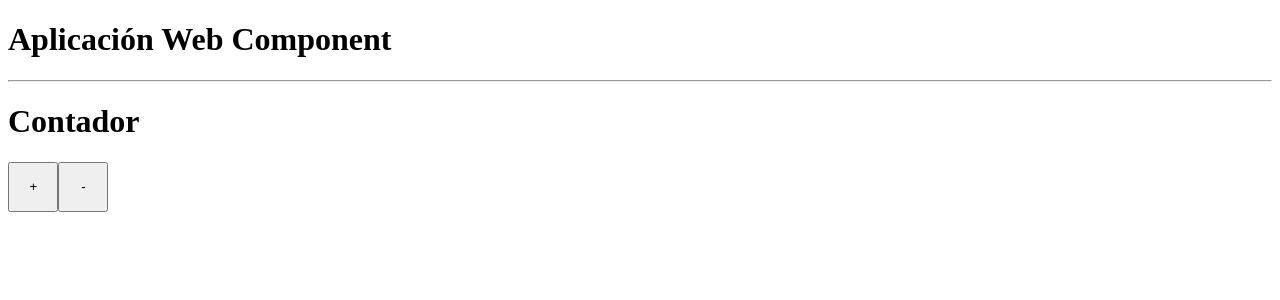
Repository: maxTech2019/Lab-react-C12024
Page: /
These files come from the project's save history. The page is drawn as it stood at one moment and after a run of saves; the edit follows.
The browser window is 1280 px wide. The pictures show the whole page.
The project was rebuilt for these pictures with package versions that can differ from the ones it lists, and the page was loaded fresh each time. Also part of the build but not shown: vite.config.js, src/component/Productos.jsx.

Above is the page before, as saved 2024-06-04 17:03:48.

After the next 2 saves:
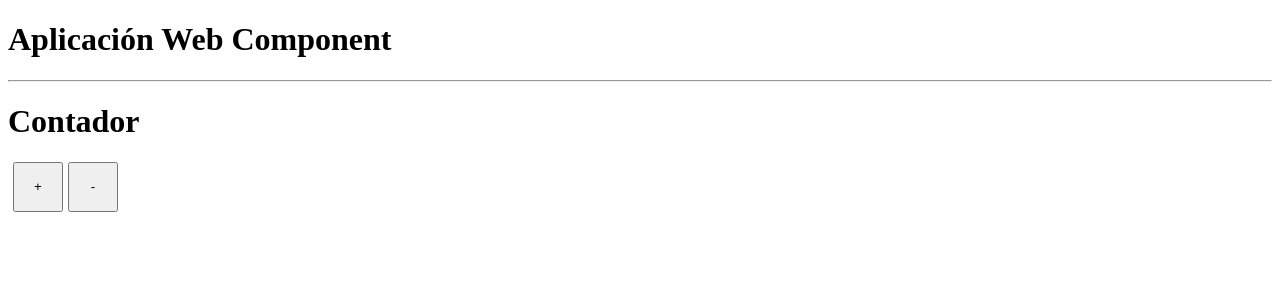
The 2 saves are shown as one change because they came seconds apart.
The last was saved 20 s later.
--- a/src/css/estilos_contuseEffect.css
+++ b/src/css/estilos_contuseEffect.css
@@ -1,5 +1,5 @@
  button.miBoton {
     width: 50px;
     height: 50px;
-    padding-right: 5px;
+    margin-left: 5px;
  }
